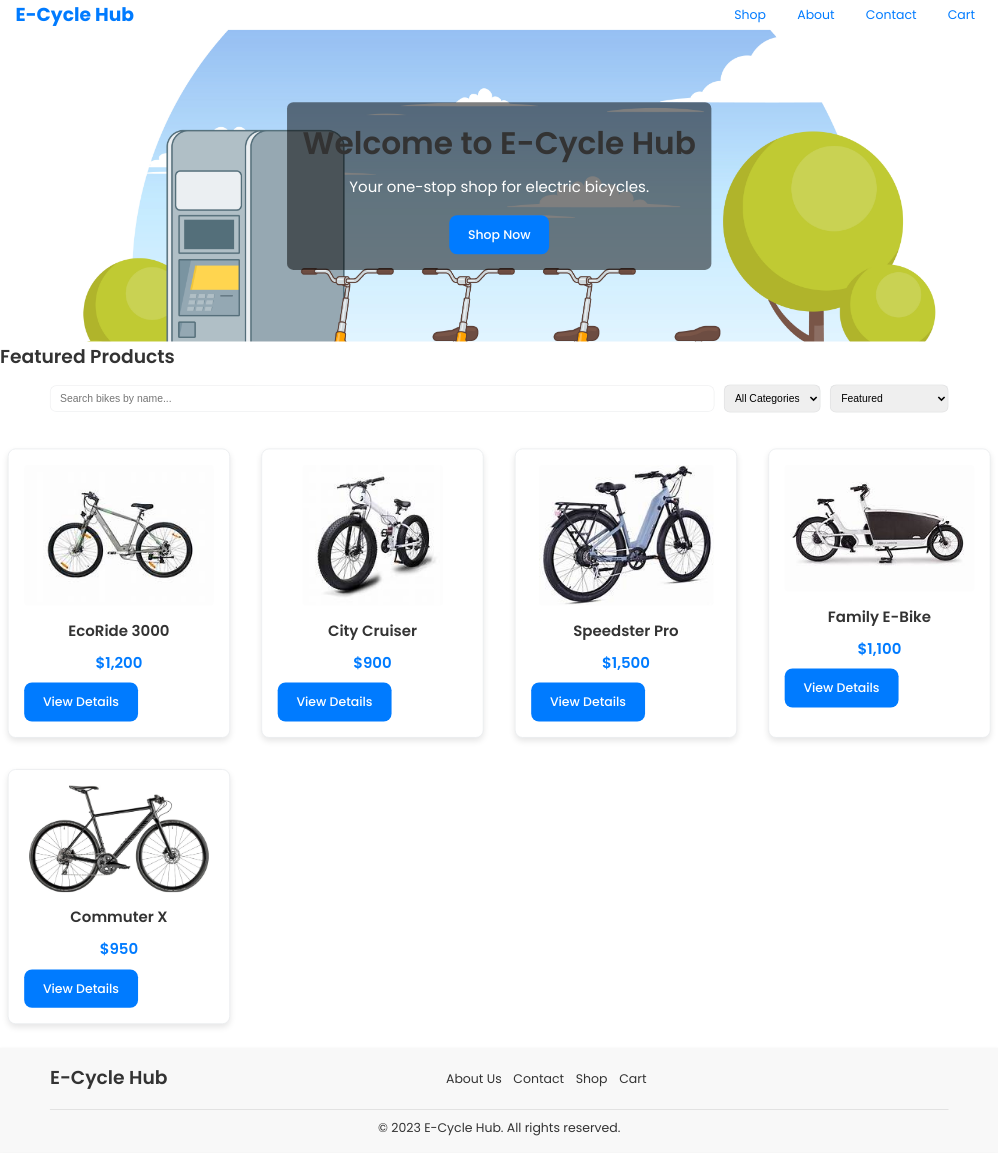
Repository: Rutuja-g/E-Cycle-Hub
Page: public/index.html
An editor plug-in stored every save of this project. The page is shown before and after the next save, followed by the edit.
The browser window is 1280 px wide. The pictures show the whole page, at 78% of full size.

Above is the page before, as saved 2025-10-24 15:43:13.

### public/index.html
<!DOCTYPE html>
<html lang="en">
  <head>
    <meta charset="UTF-8" />
    <meta name="viewport" content="width=device-width, initial-scale=1.0" />
    <title>E-Cycle Hub</title>
    <link rel="icon" href="favicon.ico" type="image/x-icon" />
    <link rel="preconnect" href="https://fonts.googleapis.com" />
    <link rel="preconnect" href="https://fonts.gstatic.com" crossorigin />
    <link
      href="https://fonts.googleapis.com/css2?family=Poppins:wght@300;400;500;600;700&display=swap"
      rel="stylesheet"
    />
    <link rel="stylesheet" href="css/reset.css" />
    <link rel="stylesheet" href="css/variables.css" />
    <link rel="stylesheet" href="css/main.css" />
  </head>
  <body>
    <header>
      <div id="header"></div>
    </header>

    <main>
      <section class="hero">
        <img
          src="assets/images/banner.jpg"
          alt="E-Cycle Hub Banner"
          class="hero-banner"
        />
        <div class="hero-content">
          <h1>Welcome to E-Cycle Hub</h1>
          <p>Your one-stop shop for electric bicycles.</p>
          <a href="shop.html" class="btn">Shop Now</a>
        </div>
      </section>

      <section class="featured-products">
        <h2>Featured Products</h2>
        <div class="grid--featured"></div>
      </section>
    </main>

    <footer>
      <div id="footer"></div>
    </footer>

    <script src="js/components.js"></script>
    <script src="js/main.js"></script>
    <script src="js/auth.js"></script>
  </body>
</html>

### public/css/reset.css
html
/* CSS Reset */
* {
    margin: 0;
    padding: 0;
    box-sizing: border-box;
}

html, body {
    height: 100%;
    font-family: Arial, sans-serif;
}

img {
    max-width: 100%;
    height: auto;
}

a {
    text-decoration: none;
    color: inherit;
}

ul {
    list-style: none;
}

button {
    cursor: pointer;
}

### public/css/variables.css
:root {
  --primary-color: #007bff; /* Electric Blue */
  --secondary-color: #0056b3; /* Darker Blue for hover */
  --background-color: #ffffff; /* White */
  --text-color: #333333; /* Dark Gray */
  --muted: #6c757d; /* Muted text */
  --font-family: "Poppins", sans-serif; /* Modern Font */
  --font-size-base: 16px; /* Base Font Size */
  --font-size-large: 1.25rem; /* Large Font Size */
  --font-size-small: 0.875rem; /* Small Font Size */
  --border-radius: 10px; /* Rounded Corners */
  --box-shadow: 0 4px 8px rgba(0, 0, 0, 0.1); /* Subtle Box Shadow */
  --box-shadow-hover: 0 6px 12px rgba(0, 0, 0, 0.15); /* Hover Shadow */
  --transition: all 0.3s ease; /* Smooth Transitions */
}

### public/css/main.css
/* Main styles for E-Cycle Hub */

/* Reset some default styles */
body {
  margin: 0;
  font-family: var(--font-family);
  line-height: 1.6;
  color: var(--text-color);
  background-color: var(--background-color);
}

h1,
h2,
h3,
h4,
h5,
h6 {
  margin: 0;
  color: var(--text-color);
  font-weight: 600;
}

a {
  text-decoration: none;
  color: var(--primary-color);
  transition: var(--transition);
}

a:hover {
  color: var(--secondary-color);
}

/* Layout styles */
.container {
  width: 90%;
  max-width: 1200px;
  margin: auto;
}

/* Navbar styles */
nav {
  display: flex;
  justify-content: space-between;
  align-items: center;
  padding: 0 20px;
}

.logo a {
  font-size: 1.5em;
  font-weight: bold;
}

.nav-links {
  list-style: none;
  display: flex;
  gap: 20px;
}

.nav-links li a {
  padding: 10px;
  transition: background 0.3s;
}

.nav-links li a:hover {
  background: rgba(76, 175, 80, 0.1);
  border-radius: 5px;
}

.header,
.footer {
  background: var(--background-color);
  padding: 20px 0;
  box-shadow: var(--box-shadow);
}

.header {
  position: sticky;
  top: 0;
  z-index: 1000;
}

.main-content {
  padding: 20px 0;
}

/* Hero section styles */
.hero {
  position: relative;
  display: flex;
  align-items: center;
  justify-content: center;
  min-height: 400px;
  overflow: hidden;
}

.hero-banner {
  position: absolute;
  top: 0;
  left: 0;
  width: 100%;
  height: 100%;
  object-fit: cover;
  z-index: -1;
}

.hero-content {
  text-align: center;
  color: white;
  background: rgba(0, 0, 0, 0.5);
  padding: 20px;
  border-radius: 8px;
}

.hero h1 {
  font-size: 2.5em;
  margin-bottom: 10px;
}

.hero p {
  font-size: 1.2em;
  margin-bottom: 20px;
}

.btn {
  display: inline-block;
  padding: 12px 24px;
  background: var(--primary-color);
  color: white;
  border-radius: var(--border-radius);
  transition: var(--transition);
  font-weight: 500;
  border: none;
  cursor: pointer;
}

.btn:hover {
  background: var(--secondary-color);
  transform: translateY(-2px);
  box-shadow: var(--box-shadow-hover);
}

/* Responsive styles */
@media (max-width: 768px) {
  .container {
    width: 95%;
  }

  .header,
  .footer {
    padding: 15px 0;
  }

  .hero {
    min-height: 300px;
  }

  .hero h1 {
    font-size: 2em;
  }

  .hero p {
    font-size: 1em;
  }
}

@media (max-width: 480px) {
  .hero {
    flex-direction: column;
    text-align: center;
  }

  .hero-content {
    padding: 15px;
  }

  .hero h1 {
    font-size: 1.8em;
  }

  .hero p {
    font-size: 0.9em;
  }

  /* Navbar responsive */
  .nav-links {
    display: none;
  }

  /* Footer responsive */
  .footer-content {
    flex-direction: column;
    text-align: center;
  }

  .footer-links ul {
    flex-direction: column;
    gap: 10px;
  }

  /* Grid responsive */
  .grid--featured {
    grid-template-columns: repeat(auto-fit, minmax(200px, 1fr));
  }
}

/* Product card styles (updated for .card class used by main.js) */
.card {
  border: 1px solid #e9ecef;
  border-radius: var(--border-radius);
  padding: 20px;
  margin: 10px;
  text-align: center;
  background: var(--background-color);
  box-shadow: var(--box-shadow);
  transition: var(--transition);
}

.card:hover {
  transform: translateY(-5px);
  box-shadow: var(--box-shadow-hover);
}

.card img {
  max-width: 100%;
  height: auto;
  border-radius: 5px;
}

.card .card-title {
  margin: 10px 0;
  font-size: 1.2em;
}

.card .price {
  color: var(--primary-color);
  font-weight: 600;
  font-size: 1.2em;
}

.card .btn {
  margin-top: 10px;
}

/* Featured products grid */
.grid--featured {
  display: grid;
  grid-template-columns: repeat(auto-fit, minmax(250px, 1fr));
  gap: 20px;
  padding: 20px 0;
}

/* Cart styles */
.cart-item {
  display: flex;
  justify-content: space-between;
  padding: 10px 0;
  border-bottom: 1px solid #ddd;
}

.cart-item img {
  width: 50px;
  height: auto;
}

.cart-total {
  font-weight: bold;
  font-size: 1.2em;
}

/* Checkout styles */
.checkout-form {
  display: flex;
  flex-direction: column;
}

.checkout-form input,
.checkout-form button {
  margin: 10px 0;
  padding: 10px;
  border: 1px solid #ddd;
  border-radius: 5px;
}

.checkout-form button {
  background: var(--primary-color, #4caf50);
  color: white;
  cursor: pointer;
}

.checkout-form button:hover {
  background: var(--hover-color, #388e3c);
}

/* Product details styles */
.product-details {
  max-width: 1200px;
  margin: 0 auto;
  padding: 20px;
  display: flex;
  flex-direction: column;
  gap: 20px;
}

.back-link {
  color: var(--primary-color, #4caf50);
  font-weight: bold;
  margin-bottom: 20px;
  display: inline-block;
}

.back-link:hover {
  color: var(--link-hover-color, #388e3c);
}

.product-image {
  flex: 1;
  max-width: 600px;
  margin: 0 auto;
}

.product-image img {
  width: 100%;
  height: auto;
  border-radius: 8px;
  box-shadow: 0 4px 10px rgba(0, 0, 0, 0.1);
}

.product-info {
  flex: 1;
  padding: 20px;
  background: white;
  border-radius: 8px;
  box-shadow: 0 2px 5px rgba(0, 0, 0, 0.1);
}

.product-info h1 {
  font-size: 2em;
  margin-bottom: 10px;
}

.product-price {
  font-size: 1.5em;
  color: var(--price-color, #e91e63);
  font-weight: bold;
  margin-bottom: 20px;
}

.product-info p {
  line-height: 1.6;
  margin-bottom: 20px;
}

.product-info .btn {
  margin-top: 20px;
}

/* Responsive for product details */
@media (max-width: 768px) {
  .product-details {
    flex-direction: column;
  }

  .product-image,
  .product-info {
    flex: none;
    width: 100%;
  }

  .product-info {
    padding: 15px;
  }

  .product-info h1 {
    font-size: 1.8em;
  }

  .product-price {
    font-size: 1.3em;
  }
}

/* Footer styles */
.footer {
  background: var(--header-footer-bg, #f8f8f8);
}

.footer-content {
  display: flex;
  justify-content: space-between;
  align-items: center;
  flex-wrap: wrap;
  gap: 20px;
}

.footer-logo h2 {
  margin: 0;
}

.footer-links ul {
  list-style: none;
  display: flex;
  gap: 15px;
}

.footer-links li a {
  color: var(--text-color, #333);
}

.footer-social a {
  margin: 0 5px;
  font-size: 1.5em;
  color: var(--primary-color, #4caf50);
}

.footer-bottom {
  text-align: center;
  margin-top: 20px;
  border-top: 1px solid #ddd;
  padding-top: 10px;
}

/* Add error styles */
.error {
  color: red;
  font-size: 0.9em;
  margin-top: 5px;
  display: none;
}

/* Success popup styles */
.success-popup {
  position: fixed;
  top: 0;
  left: 0;
  width: 100%;
  height: 100%;
  background-color: rgba(0, 0, 0, 0.5);
  display: flex;
  justify-content: center;
  align-items: center;
  z-index: 1000;
}

.popup-content {
  background-color: white;
  padding: 20px;
  border-radius: 8px;
  text-align: center;
  box-shadow: 0 4px 6px rgba(0, 0, 0, 0.1);
}

.popup-content h3 {
  margin-bottom: 10px;
  color: var(--primary-color);
}

.popup-content button {
  background-color: var(--primary-color);
  color: white;
  border: none;
  padding: 10px 20px;
  border-radius: 4px;
  cursor: pointer;
  margin-top: 15px;
}

.popup-content button:hover {
  background-color: var(--primary-hover);
}

### public/js/components.js
// components.js - Dynamic loading of header and footer components

(function () {
  // Load component into element
  async function loadComponent(componentPath, targetElement) {
    try {
      const response = await fetch(componentPath);
      if (!response.ok) {
        throw new Error(`Failed to load ${componentPath}: ${response.status}`);
      }
      const html = await response.text();
      targetElement.innerHTML = html;
    } catch (error) {
      console.error(`Error loading component ${componentPath}:`, error);
      targetElement.innerHTML = "<p>Error loading component</p>";
    }
  }

  // Load header and footer on page load
  document.addEventListener("DOMContentLoaded", function () {
    const headerElement = document.getElementById("header");
    const footerElement = document.getElementById("footer");

    if (headerElement) {
      loadComponent("components/header.html", headerElement);
    }

    if (footerElement) {
      loadComponent("components/footer.html", footerElement);
    }
  });
})();

### public/js/auth.js
// auth.js - Handles user authentication, login, signup, and session management

(function () {
  const USERS_KEY = "ecycle_users";
  const CURRENT_USER_KEY = "ecycle_current_user";
  const LOGGED_IN_KEY = "isLoggedIn";

  // Get users from localStorage
  function getUsers() {
    const users = localStorage.getItem(USERS_KEY);
    return users ? JSON.parse(users) : [];
  }

  // Save users to localStorage
  function saveUsers(users) {
    localStorage.setItem(USERS_KEY, JSON.stringify(users));
  }

  // Get current user
  function getCurrentUser() {
    const user = localStorage.getItem(CURRENT_USER_KEY);
    return user ? JSON.parse(user) : null;
  }

  // Set current user
  function setCurrentUser(user) {
    localStorage.setItem(CURRENT_USER_KEY, JSON.stringify(user));
  }

  // Clear current user (logout)
  function clearCurrentUser() {
    localStorage.removeItem(CURRENT_USER_KEY);
  }

  // Check if user is logged in
  function isLoggedIn() {
    return localStorage.getItem(LOGGED_IN_KEY) === "true";
  }

  // Set logged in flag
  function setLoggedIn() {
    localStorage.setItem(LOGGED_IN_KEY, "true");
  }

  // Clear logged in flag
  function clearLoggedIn() {
    localStorage.removeItem(LOGGED_IN_KEY);
  }

  // Validate email format
  function validateEmail(email) {
    const emailRegex = /^[^\s@]+@[^\s@]+\.[^\s@]+$/;
    return emailRegex.test(email);
  }

  // Validate password (at least 6 characters)
  function validatePassword(password) {
    return password.length >= 6;
  }

  // Update navbar with user info
  function updateNavbar() {
    const user = getCurrentUser();
    const userInfo = document.getElementById("user-info");
    const userName = document.getElementById("user-name");
    const logout = document.getElementById("logout");

    if (user && userInfo && userName) {
      userInfo.style.display = "block";
      userName.textContent = user.name;
      if (logout) {
        logout.addEventListener("click", function (e) {
          e.preventDefault();
          clearCurrentUser();
          clearLoggedIn();
          window.location.href = "login.html";
        });
      }
    } else if (userInfo) {
      userInfo.style.display = "none";
    }
  }

  // Restrict cart/checkout for non-logged-in users
  function restrictActions() {
    const user = getCurrentUser();
    const addToCartButtons = document.querySelectorAll(".btn-add-to-cart");
    const checkoutButtons = document.querySelectorAll(".btn-checkout");

    if (!user) {
      addToCartButtons.forEach((btn) => {
        btn.disabled = true;
        btn.textContent = "Login to Add to Cart";
        btn.addEventListener("click", function (e) {
          e.preventDefault();
          alert("Please login to add items to cart.");
          window.location.href = "login.html";
        });
      });

      checkoutButtons.forEach((btn) => {
        btn.disabled = true;
        btn.textContent = "Login to Checkout";
        btn.addEventListener("click", function (e) {
          e.preventDefault();
          alert("Please login to checkout.");
          window.location.href = "login.html";
        });
      });
    }
  }

  // Check session and redirect if not logged in on protected pages
  function checkSession() {
    const protectedPages = ["cart.html", "admin.html"];
    const currentPage = window.location.pathname.split("/").pop();
    if (protectedPages.includes(currentPage) && !isLoggedIn()) {
      window.location.href = "login.html";
    }

    // Additional check for admin page
    if (currentPage === "admin.html") {
      const user = getCurrentUser();
      if (!user || user.email !== "admin@ecyclehub.com") {
        alert("Access denied. Only admin can access this page.");
        window.location.href = "login.html";
      }
    }
  }

  // Handle login form
  function handleLogin() {
    const form = document.getElementById("loginForm");
    if (!form) return;

    form.addEventListener("submit", function (e) {
      e.preventDefault();

      const email = document.getElementById("email").value.trim();
      const password = document.getElementById("password").value;
      const emailError = document.getElementById("emailError");
      const passwordError = document.getElementById("passwordError");

      // Clear previous errors
      emailError.textContent = "";
      passwordError.textContent = "";

      let isValid = true;

      if (!validateEmail(email)) {
        emailError.textContent = "Please enter a valid email address.";
        isValid = false;
      }

      if (!validatePassword(password)) {
        passwordError.textContent = "Password must be at least 6 characters.";
        isValid = false;
      }

      if (!isValid) return;

      const users = getUsers();
      const user = users.find(
        (u) => u.email === email && u.password === password
      );

      if (user) {
        setCurrentUser(user);
        setLoggedIn();
        alert("Login successful!");
        // Check for redirect after login
        const redirectTo = localStorage.getItem("redirectAfterLogin");
        if (redirectTo) {
          localStorage.removeItem("redirectAfterLogin");
          window.location.href = redirectTo;
        } else {
          window.location.href = "index.html";
        }
      } else {
        emailError.textContent = "Invalid email or password.";
      }
    });
  }

  // Handle signup form
  function handleSignup() {
    const form = document.getElementById("signupForm");
    if (!form) return;

    form.addEventListener("submit", function (e) {
      e.preventDefault();

      const name = document.getElementById("name").value.trim();
      const email = document.getElementById("email").value.trim();
      const password = document.getElementById("password").value;
      const confirmPassword = document.getElementById("confirmPassword").value;

      const nameError = document.getElementById("nameError");
      const emailError = document.getElementById("emailError");
      const passwordError = document.getElementById("passwordError");
      const confirmPasswordError = document.getElementById(
        "confirmPasswordError"
      );

      // Clear previous errors
      nameError.textContent = "";
      emailError.textContent = "";
      passwordError.textContent = "";
      confirmPasswordError.textContent = "";

      let isValid = true;

      if (!name) {
        nameError.textContent = "Name is required.";
        isValid = false;
      }

      if (!validateEmail(email)) {
        emailError.textContent = "Please enter a valid email address.";
        isValid = false;
      }

      if (!validatePassword(password)) {
        passwordError.textContent = "Password must be at least 6 characters.";
        isValid = false;
      }

      if (password !== confirmPassword) {
        confirmPasswordError.textContent = "Passwords do not match.";
        isValid = false;
      }

      if (!isValid) return;

      const users = getUsers();
      const existingUser = users.find((u) => u.email === email);

      if (existingUser) {
        emailError.textContent = "Email already registered.";
        return;
      }

      const newUser = { name, email, password };
      users.push(newUser);
      saveUsers(users);
      setCurrentUser(newUser);
      setLoggedIn();

      alert("Signup successful!");
      window.location.href = "index.html";
    });
  }

  // Initialize auth functionality
  document.addEventListener("DOMContentLoaded", function () {
    // Initialize admin user if not exists
    const users = getUsers();
    const adminExists = users.find((u) => u.email === "admin@ecyclehub.com");
    if (!adminExists) {
      users.push({
        name: "Admin",
        email: "admin@ecyclehub.com",
        password: "admin123",
      });
      saveUsers(users);
    }

    checkSession();
    updateNavbar();
    restrictActions();
    handleLogin();
    handleSignup();
  });
})();

### public/components/header.html
<nav>
  <div class="logo">
    <a href="index.html">E-Cycle Hub</a>
  </div>
  <ul class="nav-links">
    <li><a href="shop.html">Shop</a></li>
    <li><a href="about.html">About</a></li>
    <li><a href="contact.html">Contact</a></li>
    <li><a href="cart.html">Cart</a></li>
  </ul>
</nav>

### public/components/footer.html
<div class="footer">
  <div class="container">
    <div class="footer-content">
      <div class="footer-logo">
        <h2>E-Cycle Hub</h2>
      </div>
      <div class="footer-links">
        <ul>
          <li><a href="about.html">About Us</a></li>
          <li><a href="contact.html">Contact</a></li>
          <li><a href="shop.html">Shop</a></li>
          <li><a href="cart.html">Cart</a></li>
        </ul>
      </div>
      <div class="footer-social">
        <a href="#" aria-label="Facebook"><i class="fab fa-facebook-f"></i></a>
        <a href="#" aria-label="Twitter"><i class="fab fa-twitter"></i></a>
        <a href="#" aria-label="Instagram"><i class="fab fa-instagram"></i></a>
      </div>
    </div>
    <div class="footer-bottom">
      <p>&copy; 2023 E-Cycle Hub. All rights reserved.</p>
    </div>
  </div>
</div>

Loaded but not shown: public/assets/data/products.json (47 lines, source omitted); public/js/main.js (315 lines, source omitted)

After the next save:
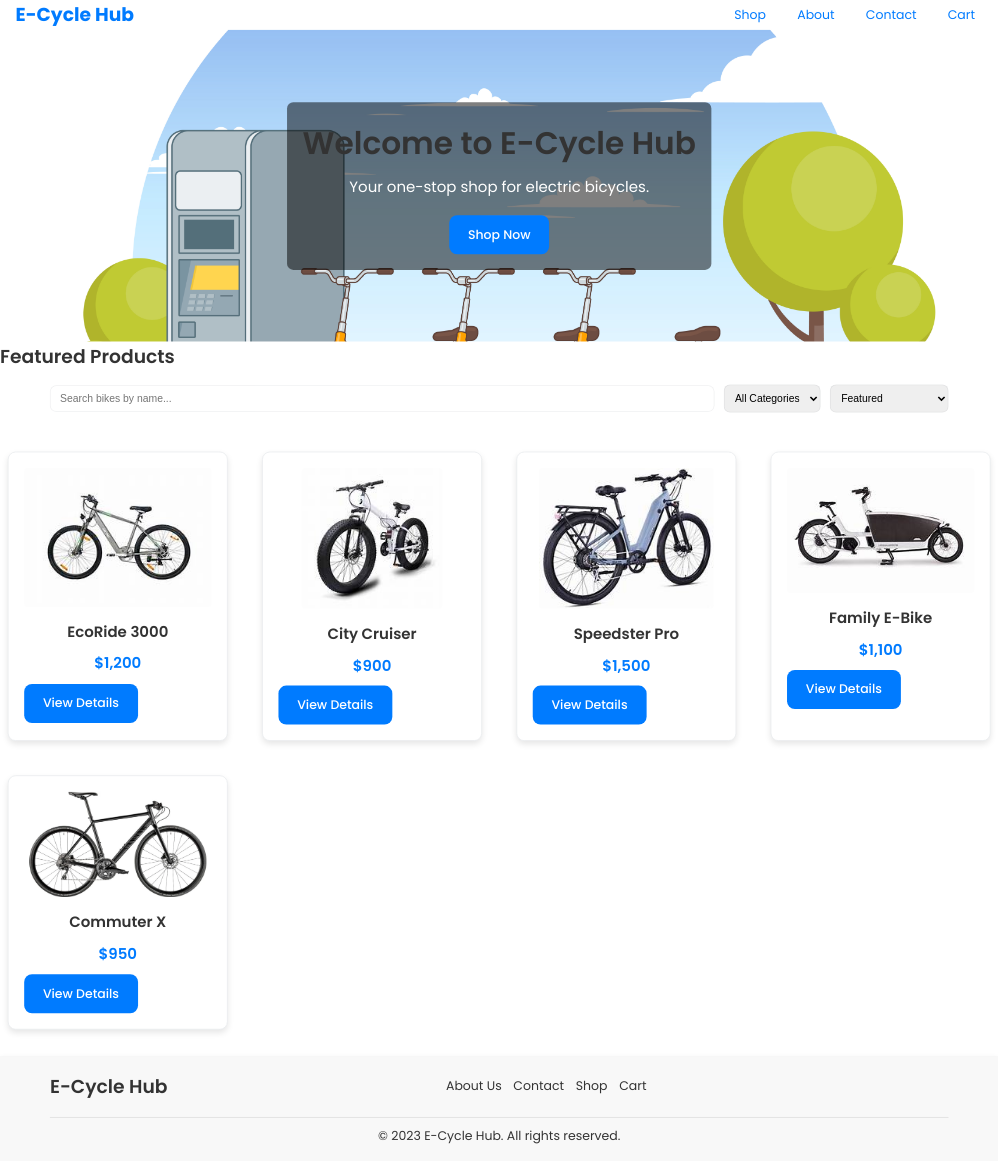
Saved 8 s later.
--- a/public/css/main.css
+++ b/public/css/main.css
@@ -242,11 +242,12 @@ nav {
 }
 
 /* Featured products grid */
-.grid--featured {
+.grid--featured,
+.grid--shop {
   display: grid;
-  grid-template-columns: repeat(auto-fit, minmax(250px, 1fr));
-  gap: 20px;
-  padding: 20px 0;
+  grid-template-columns: repeat(auto-fit, minmax(280px, 1fr));
+  gap: 24px;
+  padding: 24px 0;
 }
 
 /* Cart styles */
